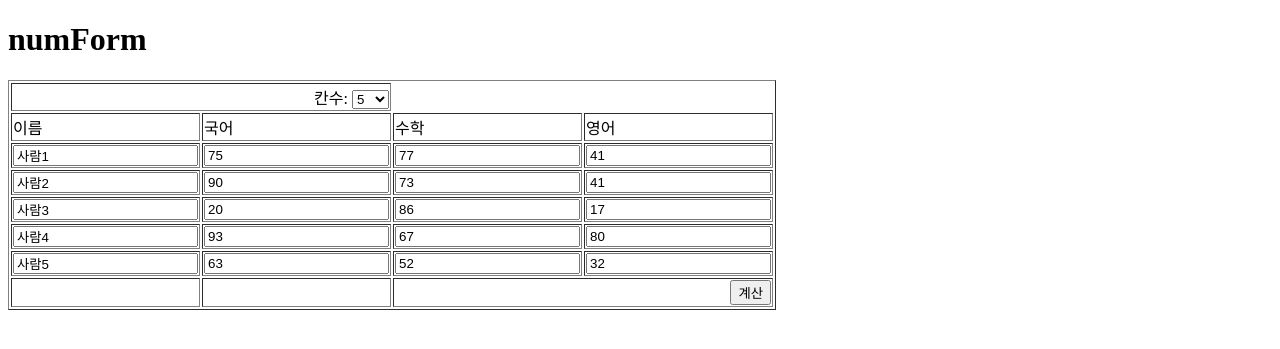
Repository: Jamikidu/newJsp
Page: http://localhost/jspProj/request/numForm.jsp
The author's editor kept a copy of each file at every save. The page is drawn from the files as they stood at one save, then again after the next save.
The browser window is 1280 px wide. The pictures show the whole page.
The page is served by Tomcat 9.

Above is the page before, as saved 2023-07-28 01:02:12.

After the next save:
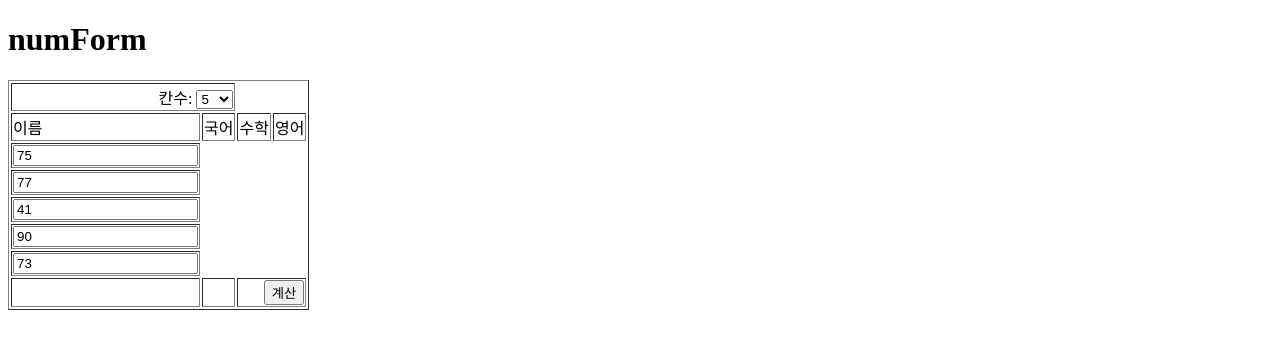
Saved 118 s later.
--- a/jspProj/src/main/webapp/request/numForm.jsp
+++ b/jspProj/src/main/webapp/request/numForm.jsp
@@ -50,10 +50,7 @@
 
 		 <% for(int i=0;i<cnt;i++){ %>
 		 <tr>
-			<td><input type="text" name="per" value="사람<%=i+1 %>"/></td>
-			<td><input type="text" name="kor" value="<%=(int)(Math.random()*90)+10 %>" /></td>
-			<td><input type="text" name="eng" value="<%=(int)(Math.random()*90)+10 %>" /></td>
-			<td><input type="text" name="meth" value="<%=(int)(Math.random()*90)+10 %>" /></td>
+			<td><input type="text" name="no" value="<%=(int)(Math.random()*90)+10 %>" /></td>
 		</tr>
 		<% } %>
 		<tr>
